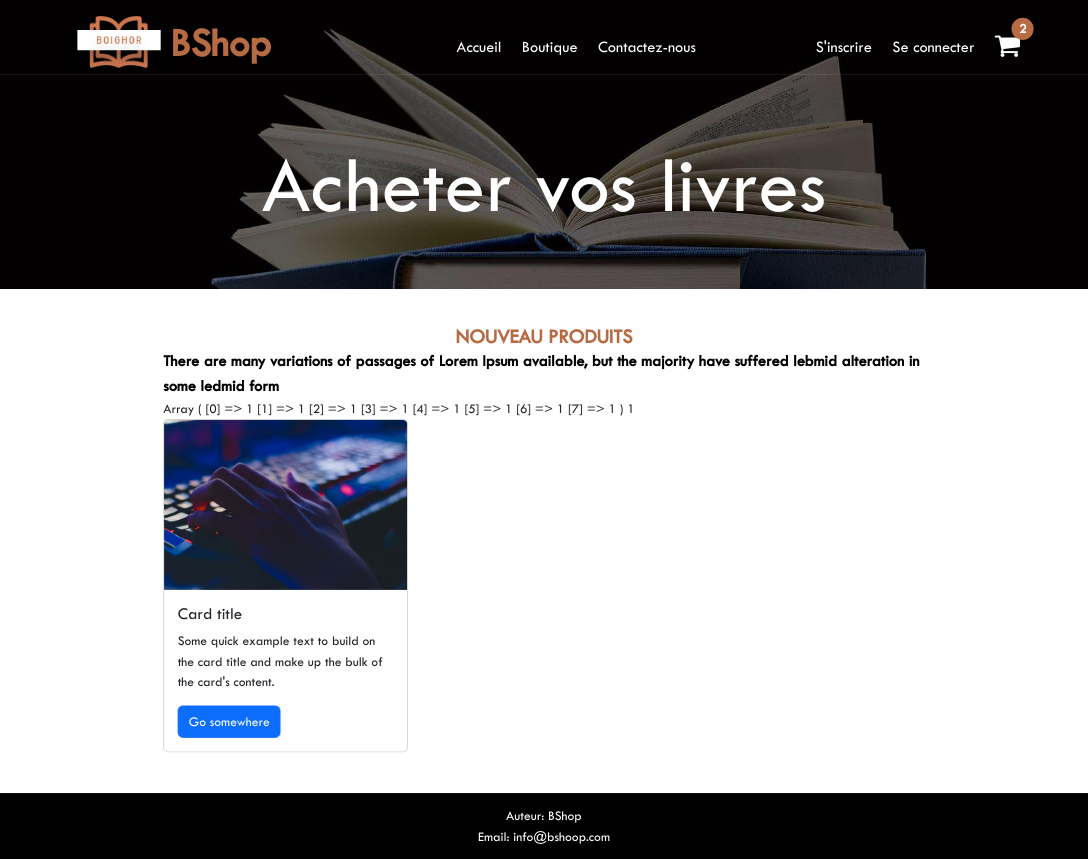
Repository: padevft/e-commerce-php
Page: http://localhost/
These files come from the project's save history. The page is drawn as it stood at one moment and after the next save; the edit follows.
The browser window is 1280 px wide. The pictures show the whole page, at 85% of full size.
The page is run by PHP 8.4 with error messages shown; the project is at /var/www/html/.

Above is the page before, as saved 2023-09-17 23:26:39.

### index.php
<?php
require_once('server/includes/utilitaires.inc.php');
?>
<!DOCTYPE html>
<html lang="en">

<head>
  <meta charset="UTF-8" />
  <meta name="viewport" content="width=device-width, initial-scale=1.0" />
  <title>Boutique en ligne</title>

  <link rel="stylesheet" href="client/css/styles.css">
  <link rel="stylesheet" href="client/utilitaires/bootstrap/css/bootstrap.min.css">
  <link rel="stylesheet" href="client/utilitaires/font-awesome-4.7.0/css/font-awesome.min.css">

</head>

<body>
  <div class="container-app">
    <?php
    require_once('server/includes/header.inc.php');
    ?>
    <main>
      <div class="d-flex align-items-center justify-content-center pt-5 container-intro">
        <span class="text-intro">
          Acheter vos livres
        </span>
      </div>
      <div class="container-products">
        <div class="d-flex flex-column align-items-center justify-content-center gap-2">
          <span class="text-intro-1"> NOUVEAU PRODUITS</span>
          <span class="text-intro-2">There are many variations of passages of Lorem Ipsum available, but the majority have suffered lebmid alteration in some ledmid form
          </span>
        </div>
        <?php
        $products = get_products();
        echo print_r($products);

        ?>

        <div class="card position-relative item-product" style="width: 18rem;">
          <img src="client/images/p-2.jpg" class="card-img-top" alt="...">
          <div class="card-body">
            <h5 class="card-title">Card title</h5>
            <p class="card-text">Some quick example text to build on the card title and make up the bulk of the card's content.</p>
            <a href="#" class="btn btn-primary">Go somewhere</a>
          </div>
          <div class="text-product">
            <span class="text-product-1">
              Lorem ipsum dolor sit amet, consectetur adipisicing elit.
            </span>
            <span class="text-product-2">
              Lorem ipsum dolor sit amet, consectetur adipisicing elit.
            </span>
          </div>
        </div>
      </div>
  </div>
  </main>
  <?php
  require_once('server/includes/footer.inc.php');
  ?>
  <script src="client/utilitaires/Jquery/jquery-3.6.0.min.js"></script>
  <script src="client/utilitaires/bootstrap/js/bootstrap.min.js"></script>
</body>

</html>

### server/includes/utilitaires.inc.php
<?php

function get_products(){
    $liste=array();
    $liste[0]=1;
    $liste[1]=1;
    $liste[2]=1;
    $liste[3]=1;
    $liste[4]=1;
    $liste[5]=1;
    $liste[6]=1;
    $liste[7]=1;
    return $liste;
}



?>

### server/includes/header.inc.php
<header>
    <nav class="container-nav">
        <div class="row align-items-center">
            <div class="col-12 col-sm-4">
                <div class="d-flex flex-row align-items-center">
                    <a class="container-logo" href="./index.html">
                        <img src="client/images/logo.png" />
                    </a>
                    <span class="text-logo">BShop</span>
                </div>
            </div>
            <div class="col-md-4">
                <div class="container-menu mt-2">
                    <ul class="d-flex flex-row align-items-center justify-content-end gap-4 menu">
                        <li><a href="./index.html" class="menu-item">Accueil</a></li>
                        <li><a href="./index.html" class="menu-item">Boutique</a></li>
                        <li><a href="./index.html" class="menu-item">Contactez-nous</a></li>
                    </ul>
                </div>
            </div>
            <div class="col-6 col-md-4">
                <div class="d-flex align-items-center gap-4 justify-content-end mt-2">
                    <div class="container-menu">
                        <ul class="d-flex align-items-center gap-4 menu">
                            <li> <a href="./index.html" class="menu-item">S'inscrire</a></li>
                            <li> <a href="./index.html" class="menu-item">Se connecter</a></li>
                        </ul>

                    </div>
                    <div class="position-relative container-shopping-cart">
                        <span><i class="fa fa-shopping-cart shopping-cart"></i></span>
                        <span class="position-absolute number-product">2</span>
                    </div>
                </div>

            </div>

        </div>
    </nav>
</header>

### server/includes/footer.inc.php
<footer>
    <div class="container-footer">
        <span>Auteur: BShop</span>
        <span>Email: info@bshoop.com</span>
    </div>

</footer>

### client/css/styles.css
/* var text-decoration */
@font-face {
  font-family: myfont;
  src: url(../utilitaires/fonts/ufonts.com_tw-cen-mt.ttf);
}

:root {
  --color-primary: #b76b45;
  --color-white-1: #fff;
  --color-bg-1: rgba(0, 0, 0, 0.2);
}

* {
  transition: all 0.5s ease;
}

body {
  font-family: myfont !important;
}
h1 {
  display: inline-flex;
  position: relative;
  cursor: pointer;
}

a {
  color: unset;
  outline: unset;
  text-decoration: none !important;
}

.container-app {
  background-image: url("../images/5.jpg");
  background-repeat: no-repeat;
  background-size: cover;
}
ul {
  list-style-type: none; /* Retire les puces */
}

/*

****************************
Header
****************************

*/

header {
  padding-top: 15px;
  padding-bottom: 10px;
}

header ul {
  margin: 0 !important;
}
.container-nav {
  padding: 0 5rem;
  border-bottom: 1px solid rgba(255, 255, 255, 0.1);
}
.container-logo {
  width: 120px;
  height: 65px;
}
.container-logo img {
  width: 100%;
  height: 100%;
}
.text-logo {
  font-size: 3rem;
  font-weight: bold;
  color: var(--color-primary);
}
.menu-item {
  display: inline;
  position: relative;
  color: var(--color-white-1);
  padding-bottom: 5px;
  font-size: 1.2rem;
}

.menu-item:hover {
  color: var(--color-primary);
}
.menu-item::before {
  content: "";
  position: absolute;
  bottom: 0;
  left: 0;
  background: var(--color-primary);
  height: 2.5px;
  opacity: 1;
  visibility: visible;
  width: 0;
  -webkit-transition: 0.4s all ease-out;
  -o-transition: 0.4s all ease-out;
  transition: 0.4s all ease-out;
}
.menu-item:hover:before {
  width: 100%;
}

.number-product {
  bottom: 25px;
  font-weight: bold;
  color: var(--color-white-1);
  font-size: 1rem;
  height: 26px;
  line-height: 17px;
  width: 26px;
  background: var(--color-primary) none repeat scroll 0 0;
  border-radius: 100px;
  display: flex;
  justify-content: center;
  align-items: center;
  left: 20px;
}

.shopping-cart {
  color: var(--color-white-1);
  font-size: 2rem !important;
}
.container-shopping-cart:hover .shopping-cart {
  color: var(--color-primary);
  cursor: pointer;
  transform: scale(0.8);
}
.container-shopping-cart:hover .number-product {
  transform: scale(1.7);
  color: var(--color-primary);
  background: var(--color-white-1) none repeat scroll 0 0;
}
.text-intro{
  font-size: 6rem;
  color: var(--color-white-1);
}



/*

****************************
Main
****************************

*/


.container-intro{
  padding: 50px 0;
}
.container-products {
  background-color: var(--color-white-1);
  padding:3rem 12rem;
}
.text-intro-1{
  color: var(--color-primary);
  font-size: 1.5rem;
  font-weight: 700;
  line-height: 15px;
}

.text-intro-2{
  color: #000;
  font-size: 1.2rem;
  font-weight: 700;
}

.item-product .img-product {
  width: 100%;
    /* height: 300px; */
    /* object-fit: cover; */
    border-radius: 15px;
}



.text-product{
  width: 100%;
  height: 100%;
  background-color: var(--color-bg-1);
  position: absolute;
  left: 0;
  top: 0;
  border-radius: 0.375rem;
  display: flex;
  justify-content: center;
  align-items: center;
  flex-direction: column;
  opacity: 0;
  transform: scale(0);
  transition: all 0.5s ease-in-out;
}

.item-product:hover .text-product {
  opacity: 1;
  transform: scale(1);
}
.item-product img {
  width: 100%;
  height: 200px;
}


/*

****************************
footer
****************************

*/

footer {
  background-color: var(--color-white-1);
}
.container-footer{
  background-color: #000;
  display: flex;
  flex-direction: column;
  justify-content: center;
  align-items: center;
  padding: 15px 0;
}
.container-footer span {
  color: var(--color-white-1);
}

Loaded but not shown: client/utilitaires/bootstrap/css/bootstrap.min.css (library); client/utilitaires/font-awesome-4.7.0/css/font-awesome.min.css (library); client/utilitaires/Jquery/jquery-3.6.0.min.js (library); client/utilitaires/bootstrap/js/bootstrap.min.js (library)

After the next save:
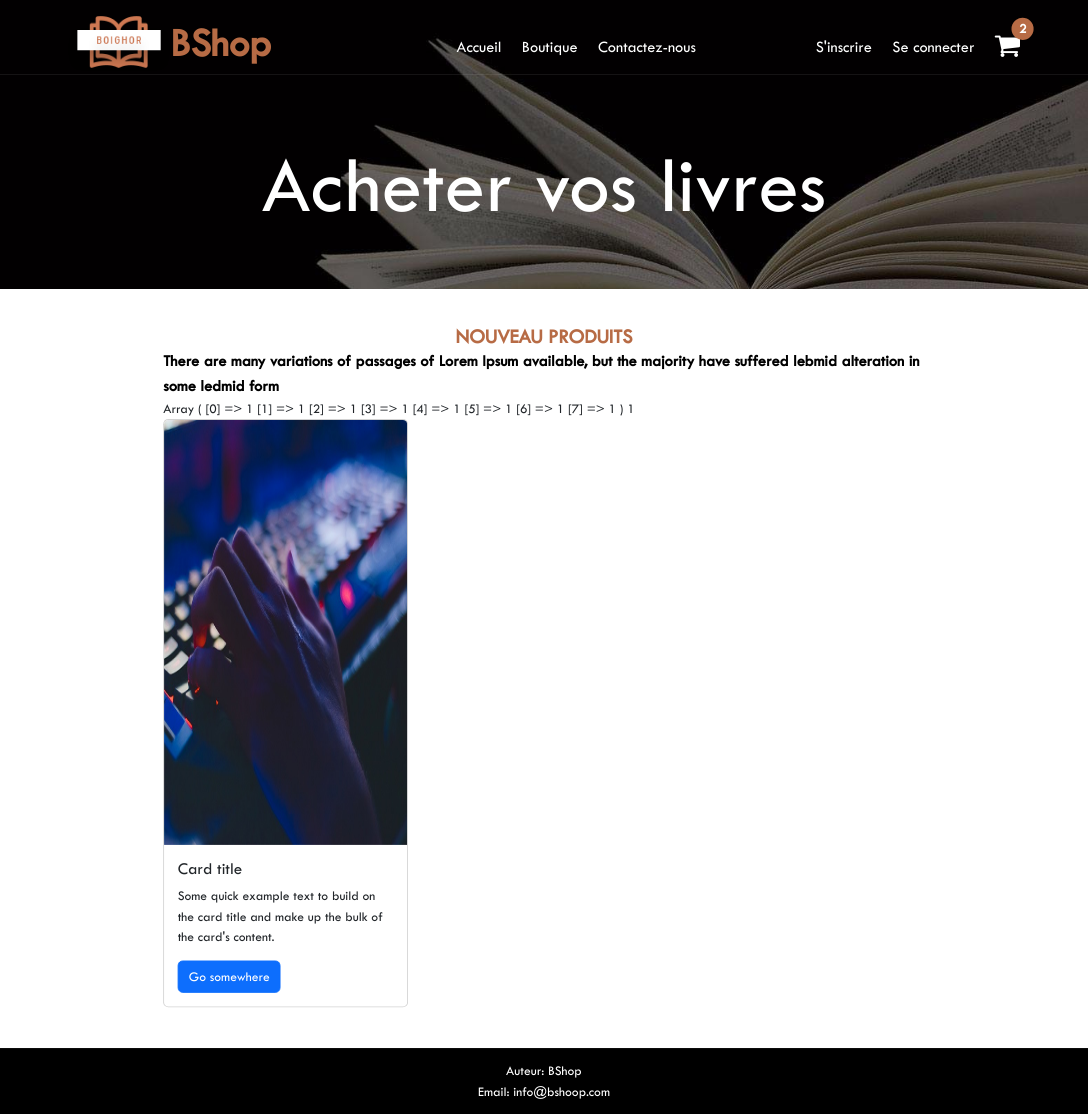
Saved 9 s later.
--- a/client/css/styles.css
+++ b/client/css/styles.css
@@ -198,7 +198,7 @@ Main
 }
 .item-product img {
   width: 100%;
-  height: 200px;
+  height: 500px;
 }
 
 
